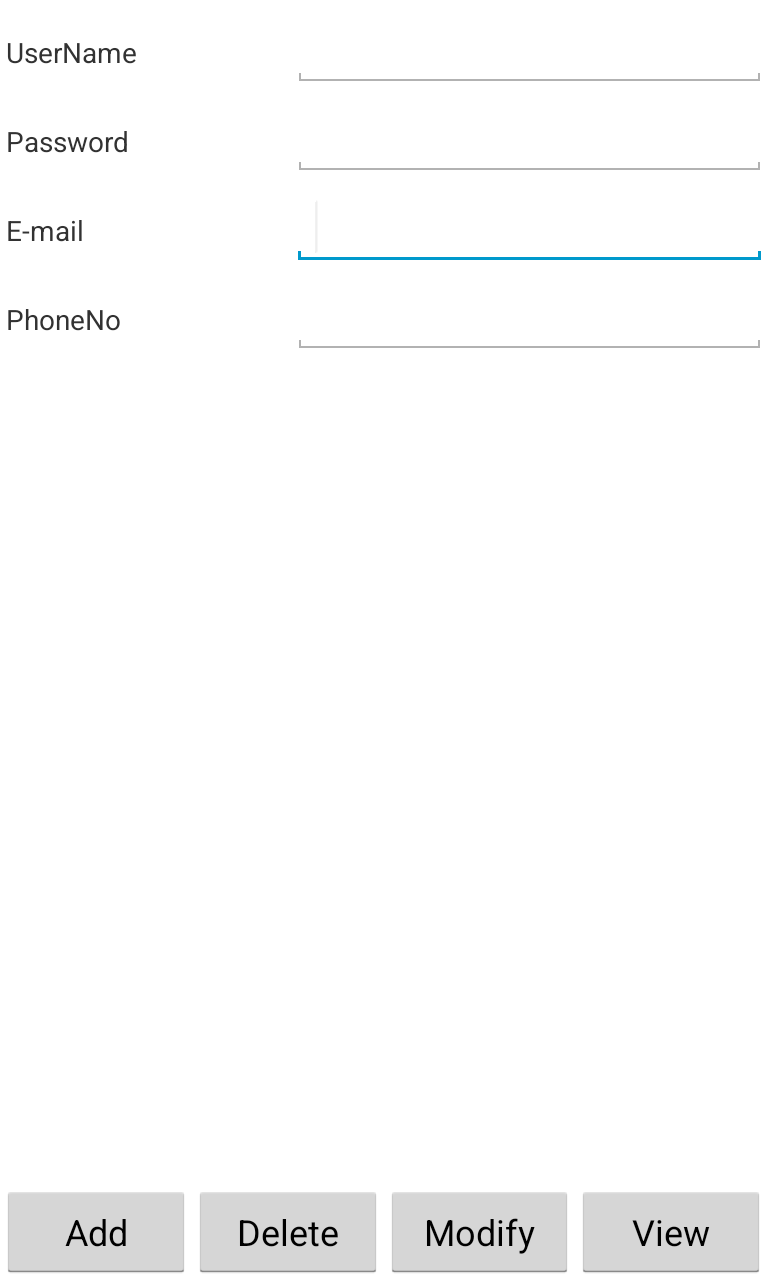
Repository: AungWinnHtut/Android
Layout: mywork1/Sale_system/res/layout/activity_main.xml
These files come from the project's save history. The layout is drawn as it stood at one moment and after the next save; the edit follows.
It is drawn on a 768 x 1280 px phone screen (xhdpi) without system bars, with theme AppTheme; the app's code is not run.

Above is the layout before, as saved 2015-07-12 04:29:30.

After the next save:
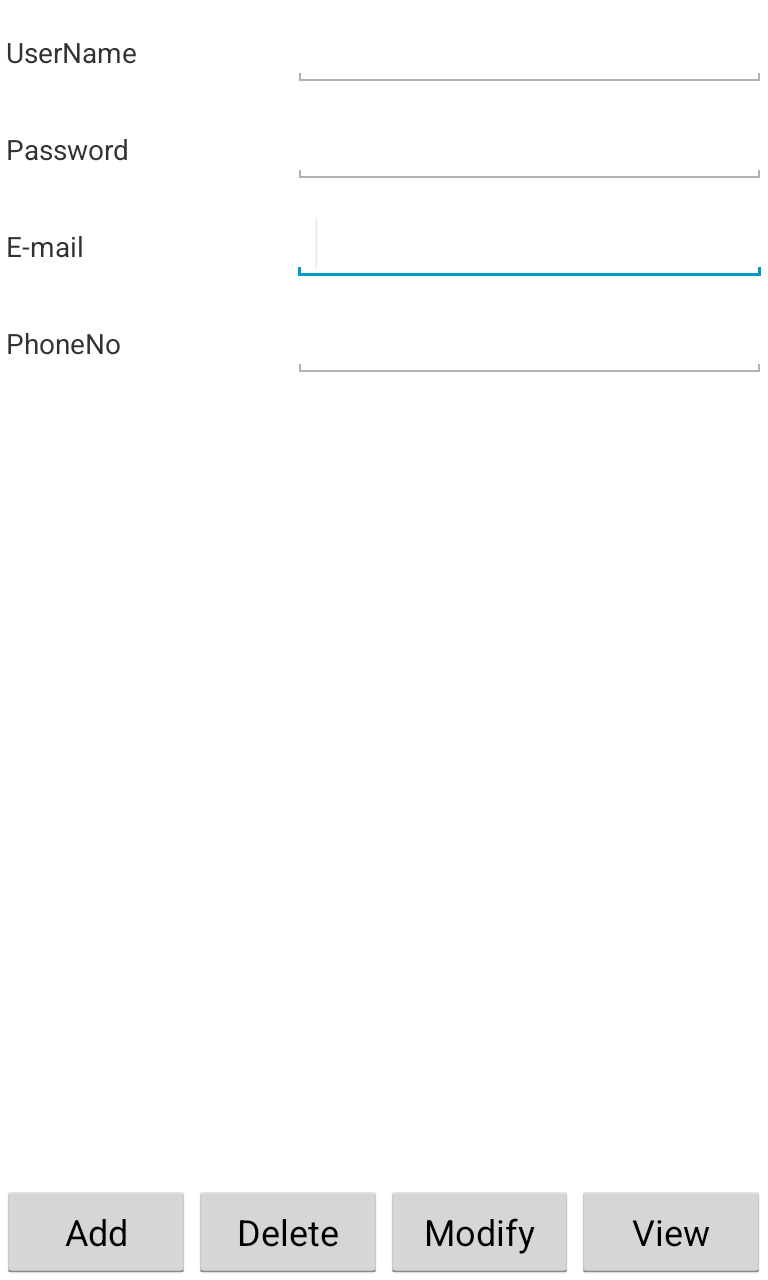
Saved 51 s later.
--- a/mywork1/Sale_system/res/layout/activity_main.xml
+++ b/mywork1/Sale_system/res/layout/activity_main.xml
@@ -40,7 +40,7 @@
         android:layout_width="match_parent"
         android:layout_height="wrap_content"
         android:layout_marginLeft="3dp"
-        android:layout_marginTop="5dp"
+        android:layout_marginTop="9dp"
         android:orientation="horizontal" >
 
 
@@ -68,7 +68,7 @@
         android:layout_width="match_parent"
         android:layout_height="wrap_content"
         android:layout_marginLeft="3dp"
-        android:layout_marginTop="5dp"
+        android:layout_marginTop="9dp"
         android:orientation="horizontal" >
 
 
@@ -80,8 +80,9 @@
             android:text="E-mail" />
 
 
+
         <EditText
-            android:id="@+id/txtphonno"
+            android:id="@+id/txtemail"
             android:layout_height="wrap_content"
             android:layout_weight="0.5"
             android:ems="10" >
@@ -99,7 +100,7 @@
         android:layout_width="match_parent"
         android:layout_height="wrap_content"
         android:layout_marginLeft="3dp"
-        android:layout_marginTop="5dp"
+        android:layout_marginTop="9dp"
         android:orientation="horizontal" >
 
 
